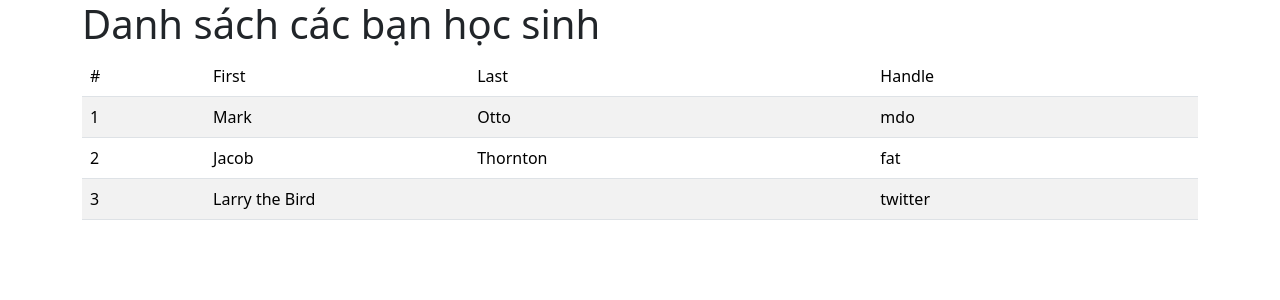
Repository: danghoanghai2k2/BeginAnguLar
Page: / (app in FirstAnGuLar/)
The author's editor kept a copy of each file at every save. The page is drawn from the files as they stood at one save, then again after the next save.
The browser window is 1280 px wide. The pictures show the whole page.
The project was rebuilt for these pictures with package versions that can differ from the ones it lists, and the page was loaded fresh each time. Also part of the build but not shown: FirstAnGuLar/angular.json.

Above is the page before, as saved 2024-06-05 19:54:16.

### FirstAnGuLar/src/index.html
<!doctype html>
<html lang="en">
<head>
  <meta charset="utf-8">
  <title>FirstAnGuLar</title>
  <base href="/">
  <meta name="viewport" content="width=device-width, initial-scale=1">
  <link rel="icon" type="image/x-icon" href="data:[embedded picture, 6354 characters]">
</head>
<body>
  <app-root></app-root>
</body>
</html>

### FirstAnGuLar/src/styles.css

*,
*:before,
*:after {
  box-sizing: border-box;
}
* {
  margin: 0;
  padding: 0;
  font: inherit;
}
img,
picture,
svg,
video {
  display: block;
  max-width: 100%;
}
input,
select,
textarea {
  background-color: transparent;
  outline: none;
}
button {
  cursor: pointer;
  background-color: transparent;
  outline: none;
  border: 0;
}
body {
  min-height: 100vh;
  font-weight: 400;
  font-size: 16px;
  line-height: 1;
}

### FirstAnGuLar/src/main.ts
import { bootstrapApplication } from '@angular/platform-browser';
import { appConfig } from './app/app.config';
import { AppComponent } from './app/app.component';
// import { ChildComponent } from './app/child/child.component';

bootstrapApplication(AppComponent, appConfig)
  .catch((err) => console.error(err));

### FirstAnGuLar/src/app/app.component.ts
import { Component } from '@angular/core';
import { RouterOutlet } from '@angular/router';

@Component({
  selector: 'app-root',
  standalone: true,
  imports: [RouterOutlet],
  templateUrl: './app.component.html',
  styleUrl: './app.component.css'
})
export class AppComponent {
  title = 'Danh sách các bạn học sinh';
}

### FirstAnGuLar/src/app/app.component.html
<div class="container">
    <div class="header">
        <h1>{{title}}</h1>
    </div>
    <table class="table table-striped">
        <thead>
          <tr>
            <th scope="col">#</th>
            <th scope="col">First</th>
            <th scope="col">Last</th>
            <th scope="col">Handle</th>
          </tr>
        </thead>
        <tbody>
          <tr>
            <th scope="row">1</th>
            <td>Mark</td>
            <td>Otto</td>
            <td>mdo</td>
          </tr>
          <tr>
            <th scope="row">2</th>
            <td>Jacob</td>
            <td>Thornton</td>
            <td>fat</td>
          </tr>
          <tr>
            <th scope="row">3</th>
            <td colspan="2">Larry the Bird</td>
            <td>twitter</td>
          </tr>
        </tbody>
      </table>

</div>

Loaded but not shown: FirstAnGuLar/src/app/app.config.ts (common file); FirstAnGuLar/src/app/app.routes.ts (common file); FirstAnGuLar/src/app/app.component.css (no stored copy; drawn as an empty file)

After the next save:
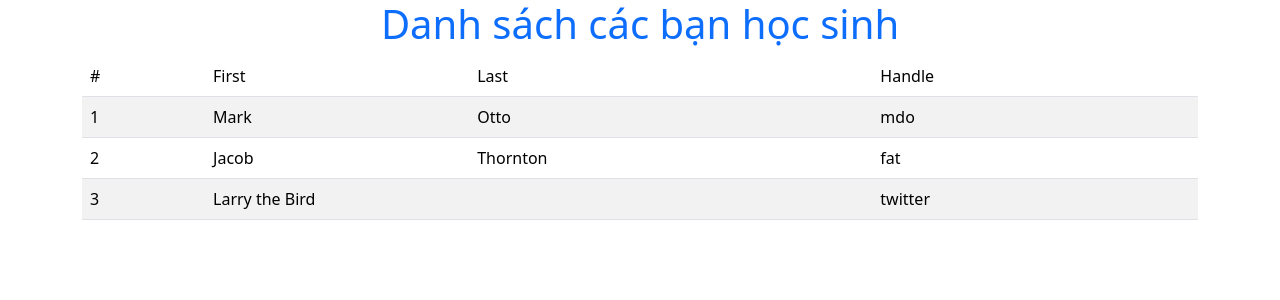
Saved 33 s later.
--- a/FirstAnGuLar/src/app/app.component.html
+++ b/FirstAnGuLar/src/app/app.component.html
@@ -1,6 +1,6 @@
 <div class="container">
     <div class="header">
-        <h1>{{title}}</h1>
+        <h1 class="text-center text-primary">{{title}}</h1>
     </div>
     <table class="table table-striped">
         <thead>
